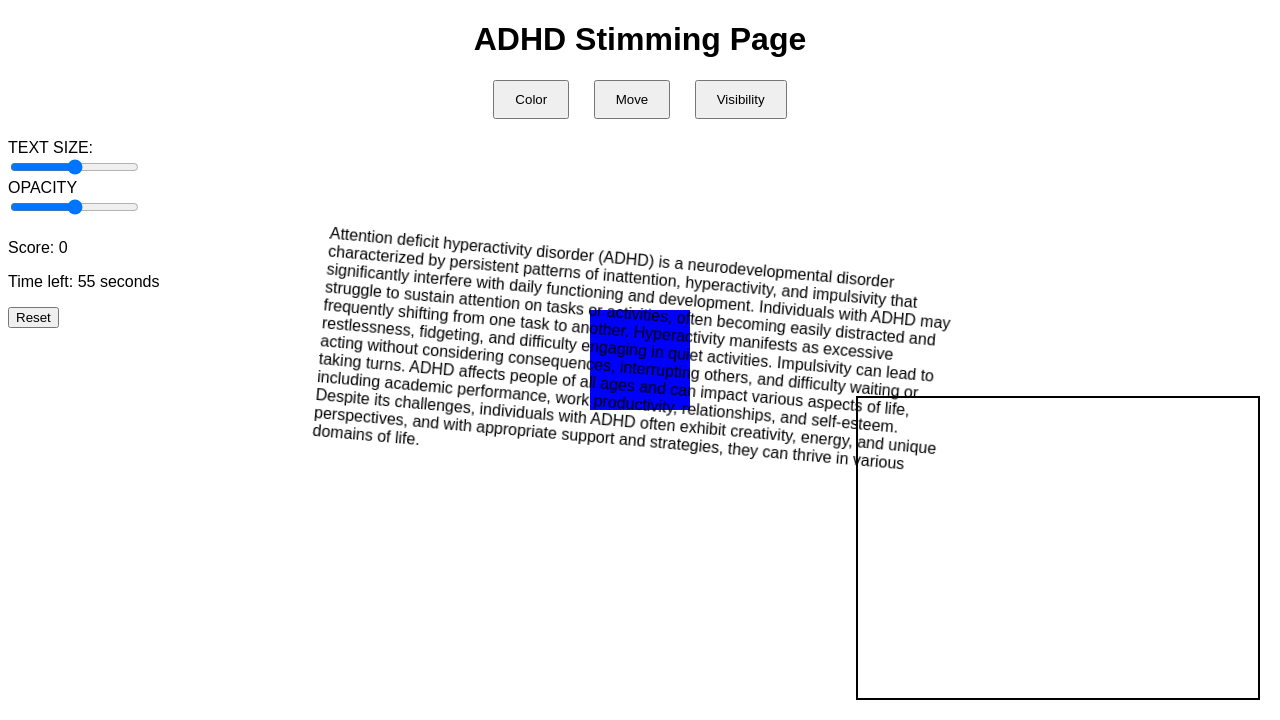
Repository: anderscederberg11/unhandledRuntimeError.json
Page: Henver/henver3.html
The author's editor kept a copy of each file at every save. The page is drawn from the files as they stood at one save, then again after the next save.
The browser window is 1280 px wide. The pictures show the whole page.

Above is the page before, as saved 2024-05-24 19:27:47.

### Henver/henver3.html
<!DOCTYPE html>
<html lang="en">
<head>
    <meta charset="UTF-8">
    <meta name="viewport" content="width=device-width, initial-scale=1.0">
    <title>HenverADHD</title>
    <link rel="stylesheet" href="henver3.css">
</head>
<body>
    <h1>ADHD Stimming Page</h1>

    <div class="buttons">
      <button onclick="changeColor()">Color</button>
      <button onclick="moveElement()">Move</button>
      <button onclick="toggleVisibility()">Visibility</button>
    </div>

    <div class="sliders">
      <label for="slider1">TEXT SIZE:</label>
      <input type="range" id="slider1" min="0" max="100" value="50" onchange="adjustFontSize(this.value)">
      <label for="slider2">OPACITY</label>
      <input type="range" id="slider2" min="0" max="100" value="50" onchange="adjustOpacity(this.value)">
    </div>

    <div id="movableElement" class="movable-element"></div>

    <div class="floating-paragraph">
        <p>Attention deficit hyperactivity disorder (ADHD) is a neurodevelopmental disorder characterized by persistent patterns of inattention, hyperactivity, and impulsivity that significantly interfere with daily functioning and development. Individuals with ADHD may struggle to sustain attention on tasks or activities, often becoming easily distracted and frequently shifting from one task to another. Hyperactivity manifests as excessive restlessness, fidgeting, and difficulty engaging in quiet activities. Impulsivity can lead to acting without considering consequences, interrupting others, and difficulty waiting or taking turns. ADHD affects people of all ages and can impact various aspects of life, including academic performance, work productivity, relationships, and self-esteem. Despite its challenges, individuals with ADHD often exhibit creativity, energy, and unique perspectives, and with appropriate support and strategies, they can thrive in various domains of life.</p>
      </div>

      <div class="game-container" onclick="whackMole()">
        <div class="mole" id="mole1"></div>
        <div class="mole" id="mole2"></div>
        <div class="mole" id="mole3"></div>
      </div>

      <p>Score: <span id="score">0</span></p>
      <p>Time left: <span id="timer">60</span> seconds</p>
      <button onclick="resetGame()">Reset</button>

<script>
       let score = 0;
    let timeLeft = 60;
    let timerInterval;

    function changeColor() {
      const colors = ["red", "green", "blue", "yellow", "purple", "orange"];
      const randomColor = colors[Math.floor(Math.random() * colors.length)];
      document.body.style.backgroundColor = randomColor;
    }

    function moveElement() {
      const element = document.getElementById("movableElement");
      const randomX = Math.random() * (window.innerWidth - element.offsetWidth);
      const randomY = Math.random() * (window.innerHeight - element.offsetHeight);
      element.style.left = randomX + "px";
      element.style.top = randomY + "px";
    }

    function toggleVisibility() {
      const element = document.getElementById("movableElement");
      element.style.display = element.style.display === "none" ? "block" : "none";
    }

    function adjustFontSize(value) {
      document.body.style.fontSize = value + "px";
    }

    function adjustOpacity(value) {
      document.getElementById("movableElement").style.opacity = value / 100;
    }

    function whackMole() {
      event.target.style.display = "none";
      score++;
      document.getElementById("score").innerText = score;
    }

    function showMole(mole) {
      mole.style.display = "block";
      const randomX = Math.random() * 350;
      const randomY = Math.random() * 250;
      mole.style.left = randomX + "px";
      mole.style.top = randomY + "px";
    }

    function startTimer() {
      timerInterval = setInterval(() => {
        timeLeft--;
        document.getElementById("timer").innerText = timeLeft;
        if (timeLeft === 0) {
          clearInterval(timerInterval);
          alert("Time's up!");
        }
      }, 1000);
    }

    function resetGame() {
      clearInterval(timerInterval);
      timeLeft = 60;
      score = 0;
      document.getElementById("score").innerText = score;
      document.getElementById("timer").innerText = timeLeft;
      const moles = document.querySelectorAll(".mole");
      moles.forEach((mole) => {
        mole.style.display = "none";
      });
      startTimer();
    }

    startTimer();
</script>
</body>
</html>

### Henver/henver3.css
body {
    font-family: Arial, sans-serif;
  }

  h1 {
    text-align: center;
  }

  .buttons {
    text-align: center;
    margin-bottom: 20px;
  }

  .buttons button {
    padding: 10px 20px;
    margin: 0 10px;
  }

  .sliders {
    margin-bottom: 20px;
  }

  .sliders label {
    display: block;
  }

  .movable-element {
    width: 100px;
    height: 100px;
    background-color: blue;
    position: absolute;
    top: 50%;
    left: 50%;
    transform: translate(-50%, -50%);
  }
  .floating-paragraph {
    position: fixed;
    top: 50%;
    left: 50%;
    transform: translate(-50%, -50%);
    animation: floatAndMove 10s infinite alternate;
  }

  .game-container {
    position: fixed;
    bottom: 20px;
    right: 20px;
    width: 400px;
    height: 300px;
    border: 2px solid black;
    overflow: hidden;
}

.mole {
    position: absolute;
    width: 50px;
    height: 50px;
    background-color: brown;
    border-radius: 50%;
    cursor: pointer;
    display: none;
}
  @keyframes floatAndMove {
    0% {
      transform: translate(-50%, -50%) rotate(0deg);
    }
    50% {
      transform: translate(-50%, -50%) rotate(5deg);
    }
    100% {
      transform: translate(-50%, -50%) rotate(0deg);
    }
  }

After the next save:
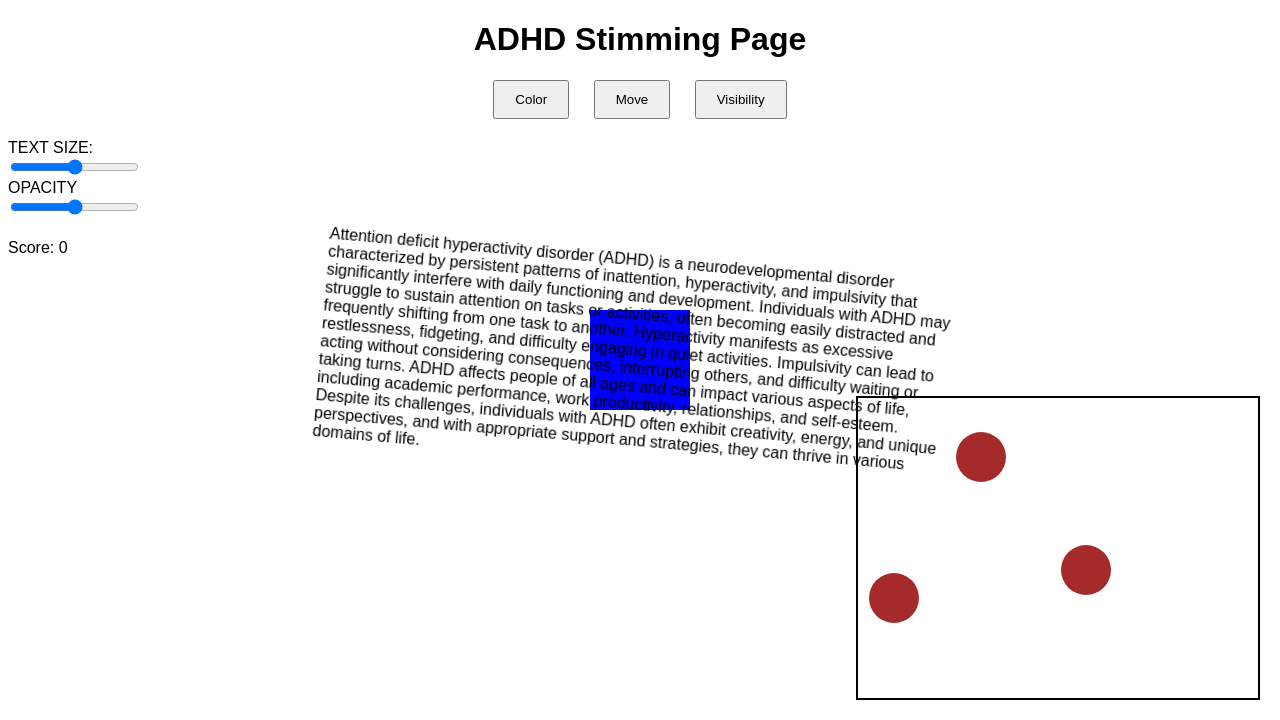
Saved 1 s later.
--- a/Henver/henver3.html
+++ b/Henver/henver3.html
@@ -35,80 +35,83 @@
       </div>
 
       <p>Score: <span id="score">0</span></p>
-      <p>Time left: <span id="timer">60</span> seconds</p>
-      <button onclick="resetGame()">Reset</button>
 
 <script>
-       let score = 0;
-    let timeLeft = 60;
-    let timerInterval;
+    function changeColor() {
+  const colors = ["red", "green", "blue", "yellow", "purple", "orange"];
+  const randomColor = colors[Math.floor(Math.random() * colors.length)];
+  document.body.style.backgroundColor = randomColor;
+}
 
-    function changeColor() {
-      const colors = ["red", "green", "blue", "yellow", "purple", "orange"];
-      const randomColor = colors[Math.floor(Math.random() * colors.length)];
-      document.body.style.backgroundColor = randomColor;
-    }
+function moveElement() {
+  const element = document.getElementById("movableElement");
+  const randomX = Math.random() * (window.innerWidth - element.offsetWidth);
+  const randomY = Math.random() * (window.innerHeight - element.offsetHeight);
+  element.style.left = randomX + "px";
+  element.style.top = randomY + "px";
+}
 
-    function moveElement() {
-      const element = document.getElementById("movableElement");
-      const randomX = Math.random() * (window.innerWidth - element.offsetWidth);
-      const randomY = Math.random() * (window.innerHeight - element.offsetHeight);
-      element.style.left = randomX + "px";
-      element.style.top = randomY + "px";
-    }
+function toggleVisibility() {
+  const element = document.getElementById("movableElement");
+  element.style.display = element.style.display === "none" ? "block" : "none";
+}
 
-    function toggleVisibility() {
-      const element = document.getElementById("movableElement");
-      element.style.display = element.style.display === "none" ? "block" : "none";
-    }
+function adjustFontSize(value) {
+  document.body.style.fontSize = value + "px";
+}
 
-    function adjustFontSize(value) {
-      document.body.style.fontSize = value + "px";
-    }
+function adjustOpacity(value) {
+  document.getElementById("movableElement").style.opacity = value / 100;
+}
+let score = 0;
 
-    function adjustOpacity(value) {
-      document.getElementById("movableElement").style.opacity = value / 100;
-    }
+function changeColor() {
+  const colors = ["red", "green", "blue", "yellow", "purple", "orange"];
+  const randomColor = colors[Math.floor(Math.random() * colors.length)];
+  document.body.style.backgroundColor = randomColor;
+}
 
-    function whackMole() {
-      event.target.style.display = "none";
-      score++;
-      document.getElementById("score").innerText = score;
-    }
+function moveElement() {
+  const element = document.getElementById("movableElement");
+  const randomX = Math.random() * (window.innerWidth - element.offsetWidth);
+  const randomY = Math.random() * (window.innerHeight - element.offsetHeight);
+  element.style.left = randomX + "px";
+  element.style.top = randomY + "px";
+}
 
-    function showMole(mole) {
-      mole.style.display = "block";
-      const randomX = Math.random() * 350;
-      const randomY = Math.random() * 250;
-      mole.style.left = randomX + "px";
-      mole.style.top = randomY + "px";
-    }
+function toggleVisibility() {
+  const element = document.getElementById("movableElement");
+  element.style.display = element.style.display === "none" ? "block" : "none";
+}
 
-    function startTimer() {
-      timerInterval = setInterval(() => {
-        timeLeft--;
-        document.getElementById("timer").innerText = timeLeft;
-        if (timeLeft === 0) {
-          clearInterval(timerInterval);
-          alert("Time's up!");
-        }
-      }, 1000);
-    }
+function adjustFontSize(value) {
+  document.body.style.fontSize = value + "px";
+}
 
-    function resetGame() {
-      clearInterval(timerInterval);
-      timeLeft = 60;
-      score = 0;
-      document.getElementById("score").innerText = score;
-      document.getElementById("timer").innerText = timeLeft;
-      const moles = document.querySelectorAll(".mole");
-      moles.forEach((mole) => {
-        mole.style.display = "none";
-      });
-      startTimer();
-    }
+function adjustOpacity(value) {
+  document.getElementById("movableElement").style.opacity = value / 100;
+}
 
-    startTimer();
+function whackMole() {
+  event.target.style.display = "none";
+  score++;
+  document.getElementById("score").innerText = score;
+}
+
+function showMole(mole) {
+  mole.style.display = "block";
+  const randomX = Math.random() * 350;
+  const randomY = Math.random() * 250;
+  mole.style.left = randomX + "px";
+  mole.style.top = randomY + "px";
+}
+
+setInterval(() => {
+  const moles = document.querySelectorAll(".mole");
+  moles.forEach((mole) => {
+    showMole(mole);
+  });
+}, 1000);
 </script>
 </body>
 </html>
